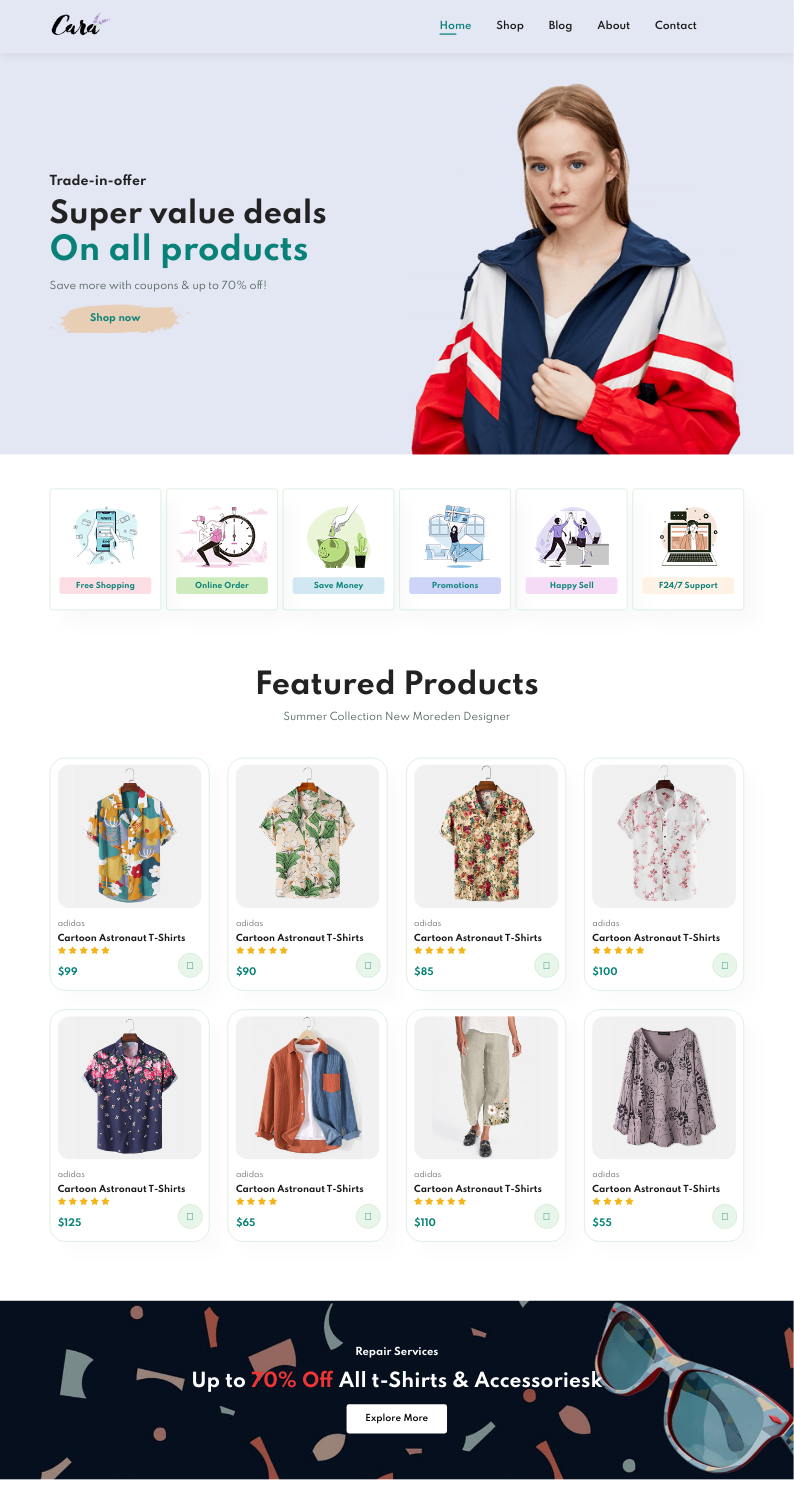
Repository: MinhNhatIT2901/Ecommerce
Page: index.html
An editor plug-in stored every save of this project. The page is shown before and after the next save, followed by the edit.
The browser window is 1280 px wide. The pictures show the whole page, at 62% of full size.
The pointer rests on the first visible `#banner button`.
Some web libraries are served in a nearby version.

Above is the page before, as saved 2022-01-08 14:39:11.

After the next save:
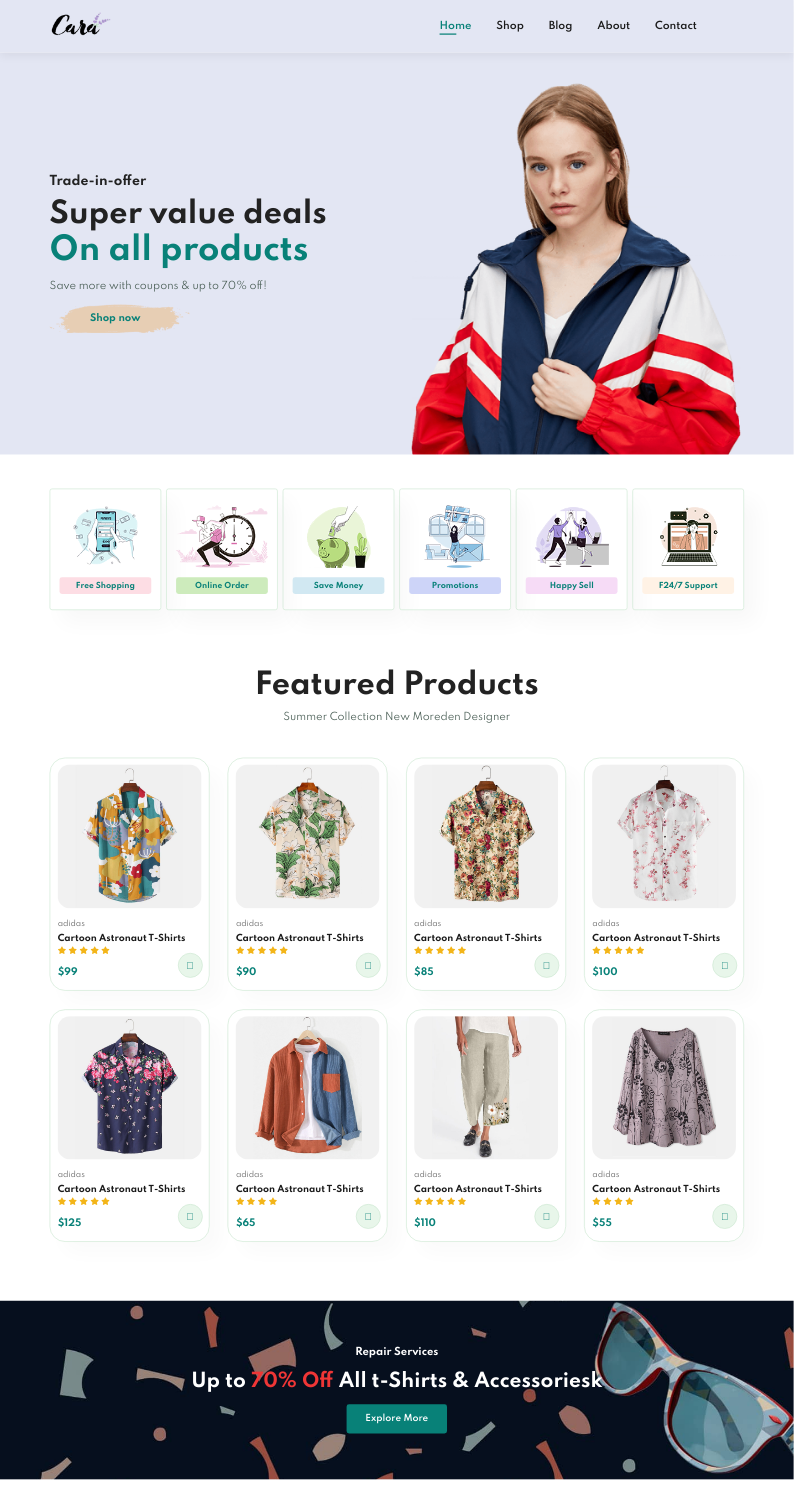
Saved 2 min 15 s later.
--- a/style.css
+++ b/style.css
@@ -301,3 +301,8 @@ body {
 #banner h2 span {
   color: #ef3636;
 }
+
+#banner button:hover {
+  background-color: #088178;
+  color: #fff;
+}
